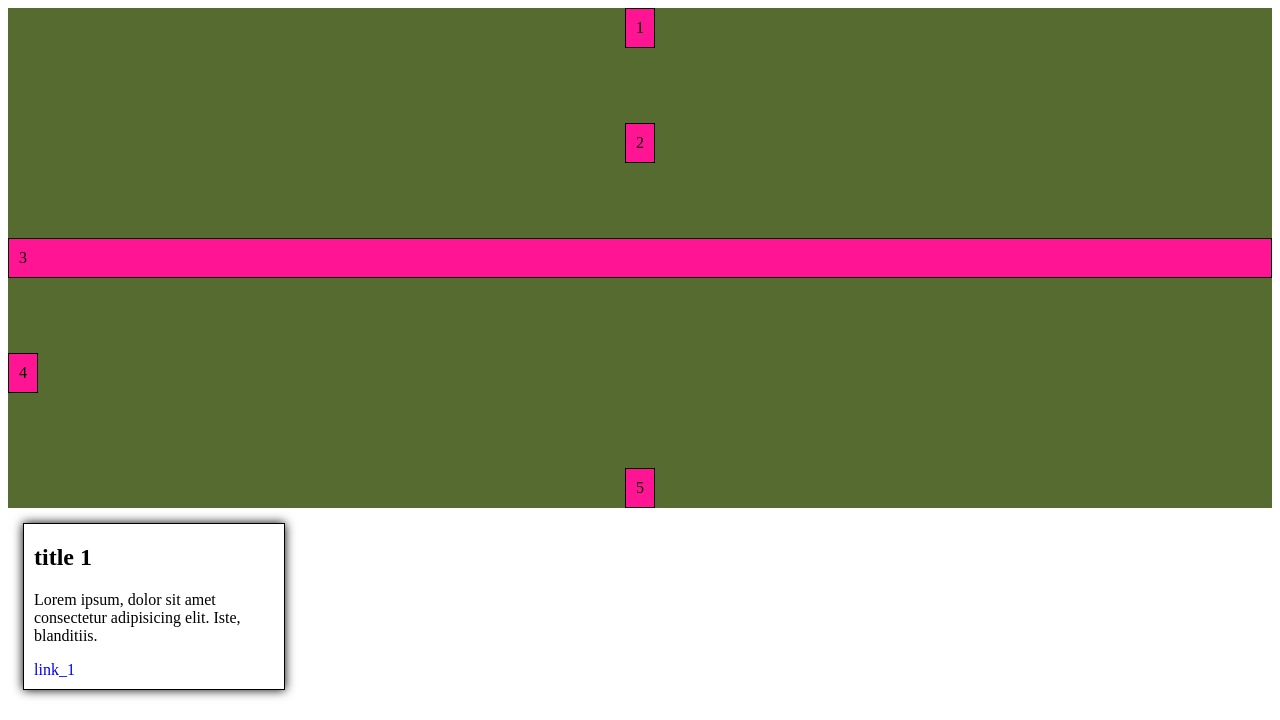
Repository: RustamNazarov98/demo
Page: index.html
An editor plug-in stored every save of this project. The page is shown before and after the next save, followed by the edit.
The browser window is 1280 px wide. The pictures show the whole page.

Above is the page before, as saved 2022-04-06 18:32:36.

After the next save:
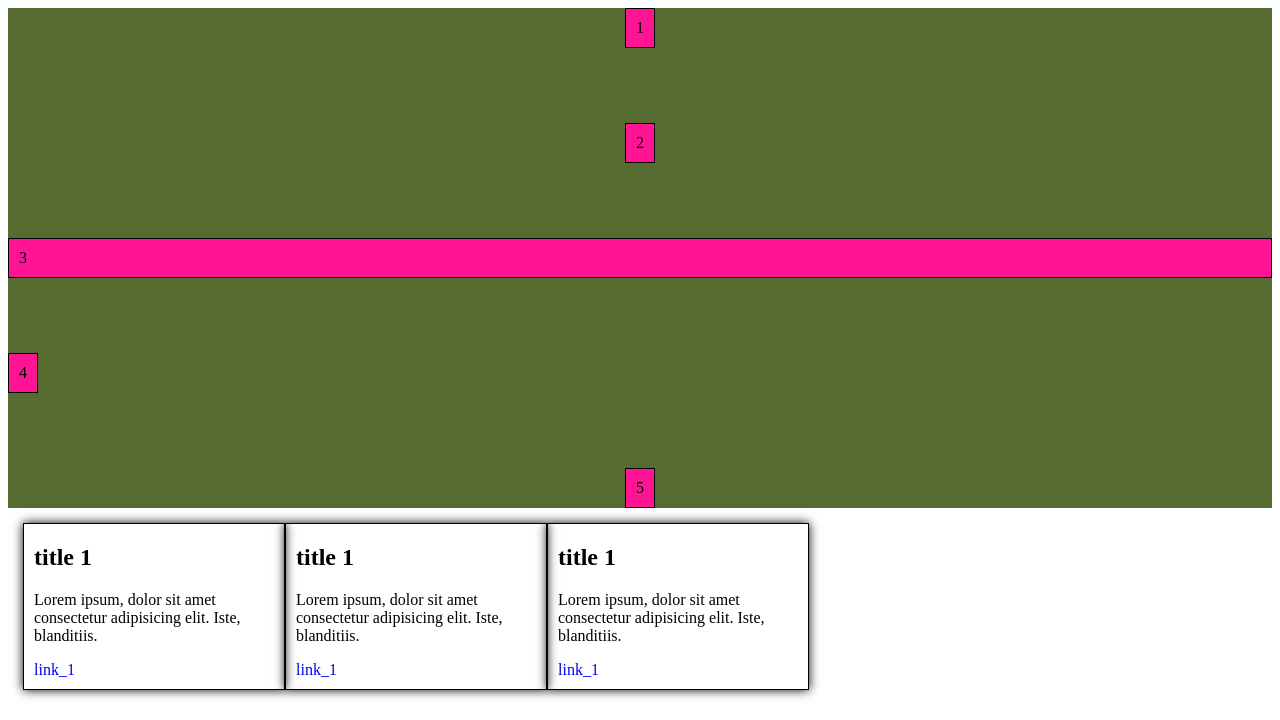
Saved 4 min 7 s later.
--- a/index.html
+++ b/index.html
@@ -25,6 +25,16 @@
             <p>Lorem ipsum, dolor sit amet consectetur adipisicing elit. Iste, blanditiis.</p>
             <a href="#">link_1</a>
         </div>
+        <div class="card">
+            <h2>title 1</h2>
+            <p>Lorem ipsum, dolor sit amet consectetur adipisicing elit. Iste, blanditiis.</p>
+            <a href="#">link_1</a>
+        </div>
+        <div class="card">
+            <h2>title 1</h2>
+            <p>Lorem ipsum, dolor sit amet consectetur adipisicing elit. Iste, blanditiis.</p>
+            <a href="#">link_1</a>
+        </div>
     </div>
 </body>
 </html>
